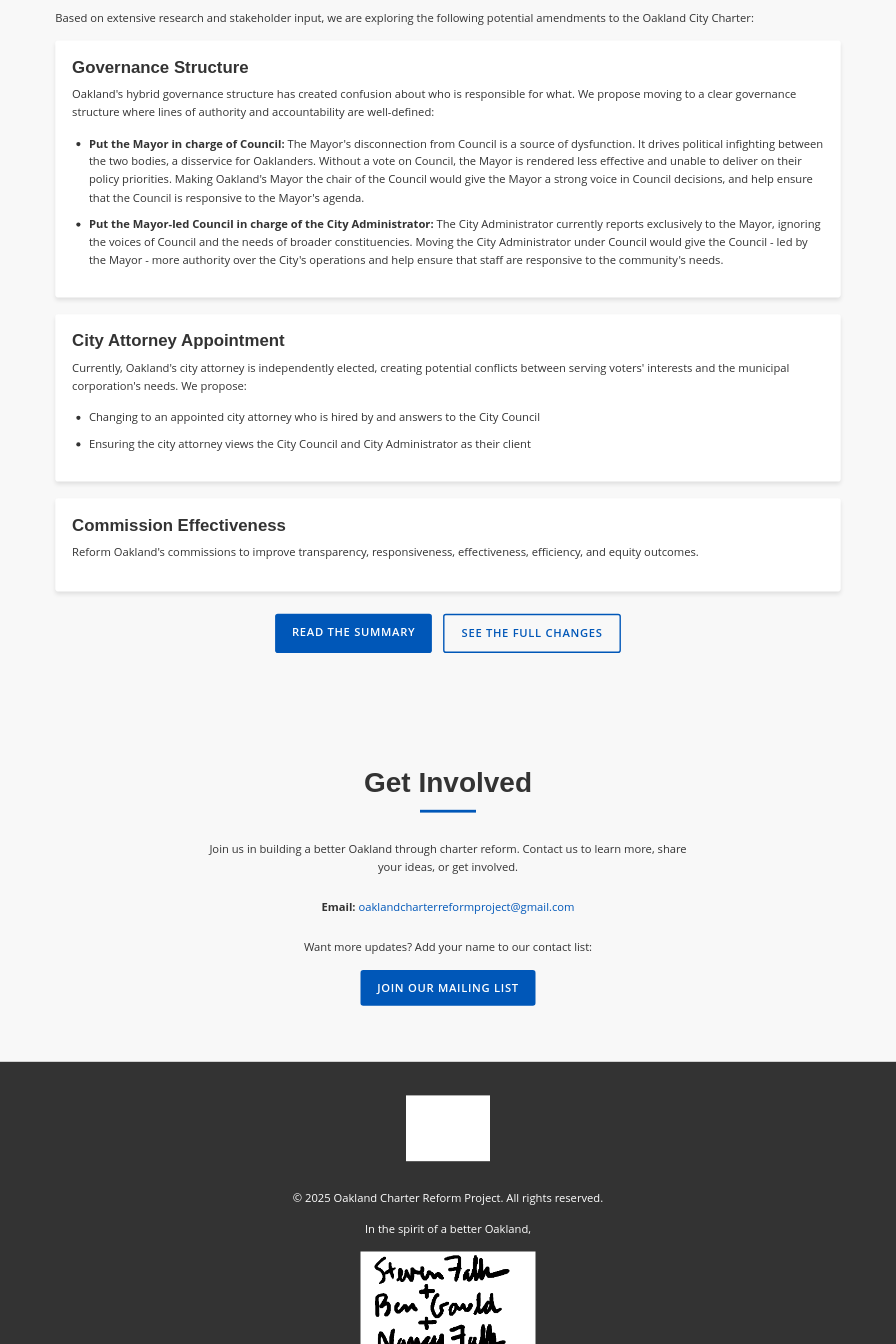
Repository: bgould132/oaklandcharterreform
Page: index.html
These files come from the project's save history. The page is drawn as it stood at one moment and after the next save; the edit follows.
The browser window is 1280 px wide. The pictures show the part of the page from y = 3427 to 5347 px (the page is 5501 px tall before and 5526 px after), at 70% of full size.

Above is the page before, as saved 2025-04-07 10:17:14.

After the next save:
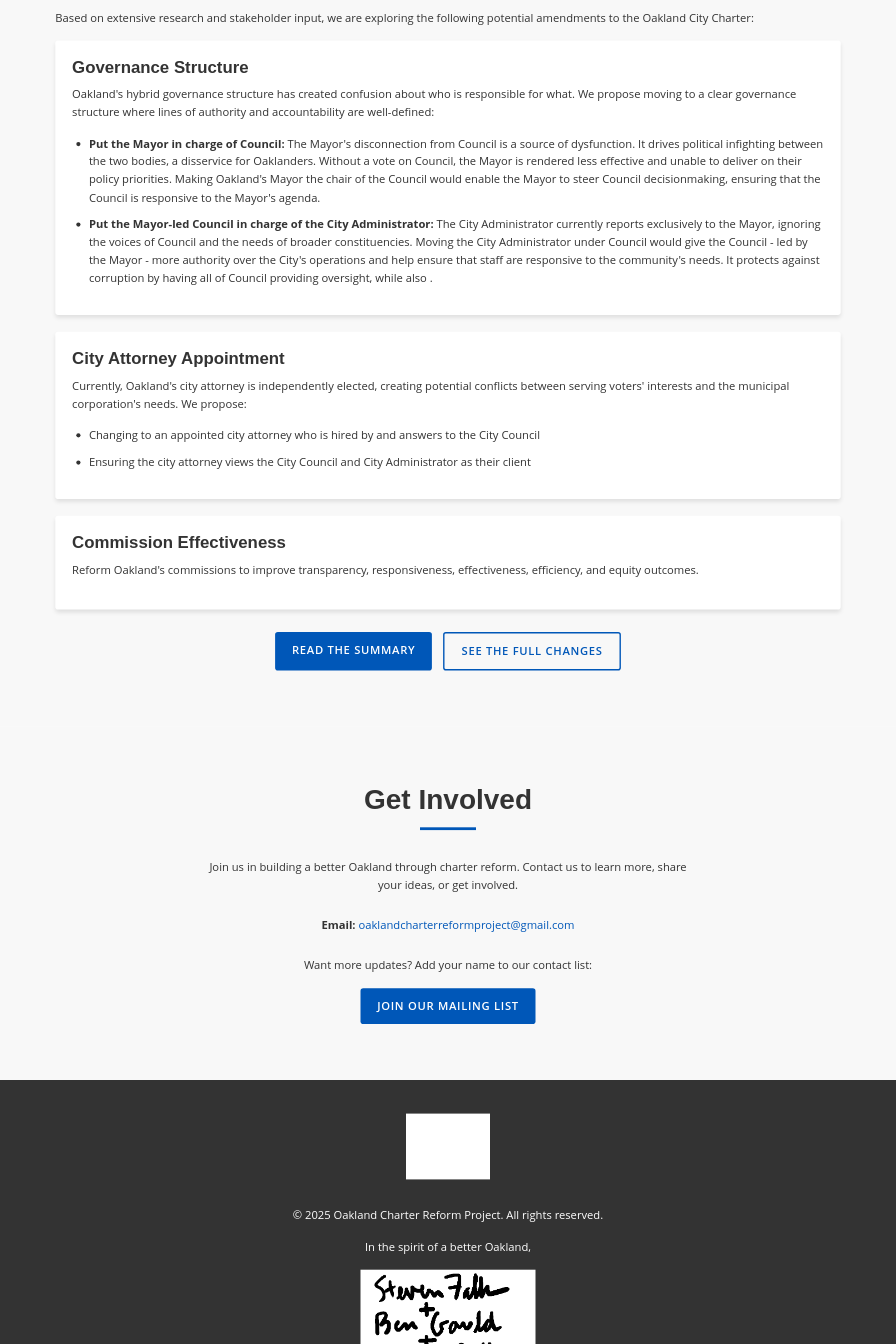
Saved 91 s later.
--- a/index.html
+++ b/index.html
@@ -185,8 +185,8 @@
                             <h3>Governance Structure</h3>
                             <p>Oakland's hybrid governance structure has created confusion about who is responsible for what. We propose moving to a clear governance structure where lines of authority and accountability are well-defined:</p>
                             <ul class="amendment-list">
-                                <li><strong>Put the Mayor in charge of Council:</strong> The Mayor's disconnection from Council is a source of dysfunction. It drives political infighting between the two bodies, a disservice for Oaklanders. Without a vote on Council, the Mayor is rendered less effective and unable to deliver on their policy priorities. Making Oakland's Mayor the chair of the Council would give the Mayor a strong voice in Council decisions, and help ensure that the Council is responsive to the Mayor's agenda.</li>
-                                <li><strong>Put the Mayor-led Council in charge of the City Administrator:</strong> The City Administrator currently reports exclusively to the Mayor, ignoring the voices of Council and the needs of broader constituencies. Moving the City Administrator under Council would give the Council - led by the Mayor - more authority over the City's operations and help ensure that staff are responsive to the community's needs.</li>
+                                <li><strong>Put the Mayor in charge of Council:</strong> The Mayor's disconnection from Council is a source of dysfunction. It drives political infighting between the two bodies, a disservice for Oaklanders. Without a vote on Council, the Mayor is rendered less effective and unable to deliver on their policy priorities. Making Oakland's Mayor the chair of the Council would enable the Mayor to steer Council decisionmaking, ensuring that the Council is responsive to the Mayor's agenda.</li>
+                                <li><strong>Put the Mayor-led Council in charge of the City Administrator:</strong> The City Administrator currently reports exclusively to the Mayor, ignoring the voices of Council and the needs of broader constituencies. Moving the City Administrator under Council would give the Council - led by the Mayor - more authority over the City's operations and help ensure that staff are responsive to the community's needs. It protects against corruption by having all of Council providing oversight, while also .</li>
                             </ul>
                         </div>
 
